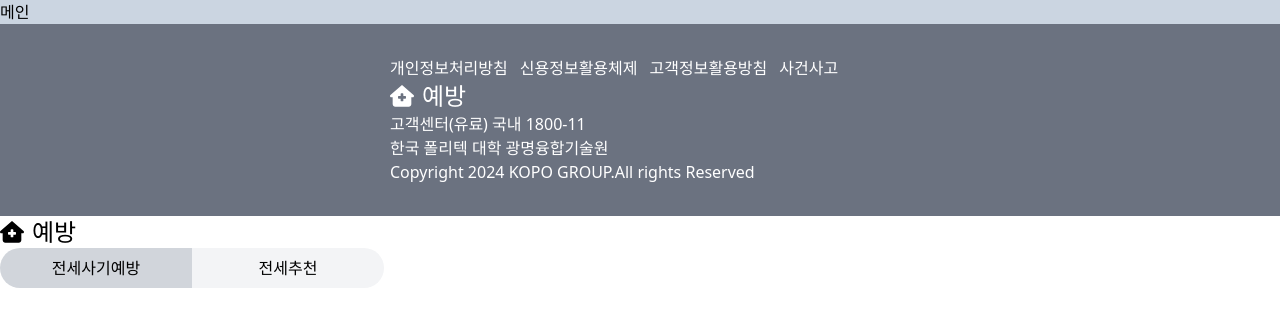
Repository: hanaTI-team-1/frontend
Page: /
The author's editor kept a copy of each file at every save. The page is drawn from the files as they stood at one save, then again after the next save.
The browser window is 1280 px wide. The pictures show the whole page.
The project was rebuilt for these pictures with package versions that can differ from the ones it lists, and the page was loaded fresh each time. Also part of the build but not shown: vite.config.js, src/App.css, src/components/Recommend.jsx, src/components/Protect.jsx.

Above is the page before, as saved 2024-07-11 20:56:46.

After the next save:
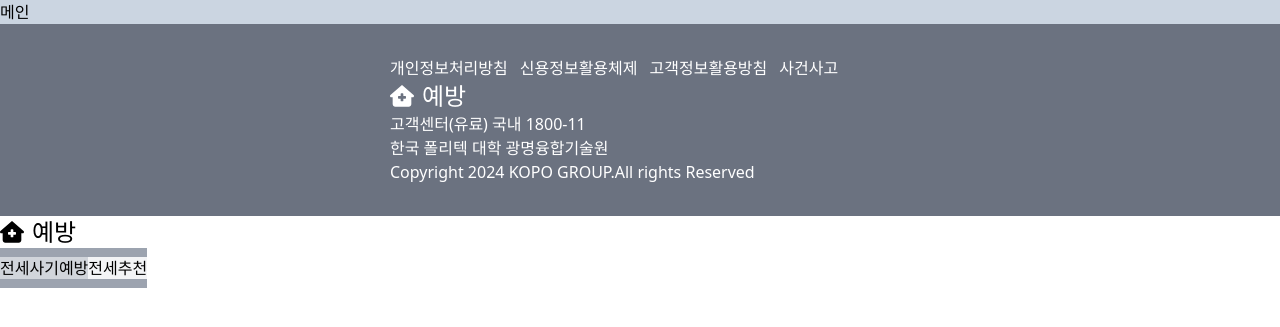
Saved 66 s later.
--- a/src/components/Header.jsx
+++ b/src/components/Header.jsx
@@ -6,17 +6,20 @@ export const Header = () => {
     <Logo />
     <nav className='flex'>
       {/* 클릭하면 /proctect로 이동 */}
-      <Link to={"/protect"}
-        className='h-10 duration-150 rounded-l-full  leading-10 bg-gray-300 w-48 text-center cursor-pointer hover:bg-gray-500 hover:rounded-r-full'
-      >
-        전세사기예방
-      </Link>
-      {/* 클릭하면 /로 이동 */}
-      <Link to={"/recommend"}
-        className='h-10 duration-150 rounded-r-full leading-10 bg-gray-100 w-48 text-center cursor-pointer hover:bg-gray-200 hover:rounded-l-full'
-      >
-        전세추천
-      </Link>
+      <div className='bg-gray-400'>
+        <Link to={"/protect"}
+          className='h-10 duration-150 leading-10 bg-gray-300 w-48 text-center cursor-pointer hover:bg-gray-500 hover:rounded-r-full'
+        >
+          전세사기예방
+        </Link>
+        {/* 클릭하면 /로 이동 */}
+        <Link to={"/recommend"}
+          className='h-10 duration-150 leading-10 bg-gray-100 w-48 text-center cursor-pointer hover:bg-gray-200 hover:rounded-l-full'
+        >
+          전세추천
+        </Link>
+      </div>
+
     </nav>
     <div />
   </header>
